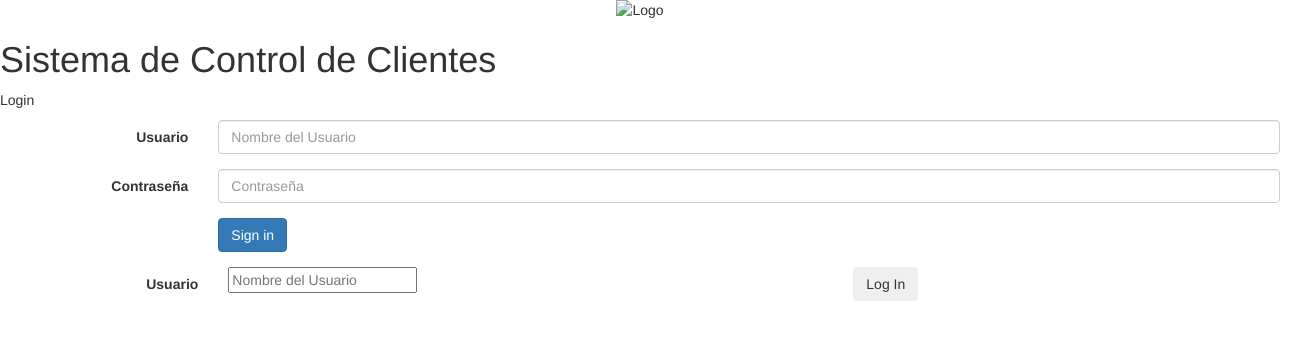
Repository: FavreEstrada/SCC
Page: index.html
The author's editor kept a record of every edit. The page is drawn from the files as they stood at one moment, then again after the next edit.
The browser window is 1280 px wide. The page is 1295 px wide, so the pictures cover 1295 px, including what lies to the right of the window. The pictures show the whole page.

Above is the page before.

### index.html
<html>

<head>
    <meta http-equiv="Content-Type" content="text/html; charset=UTF-8">
    <meta name="viewport" content="width=device-width, initial-scale=1.0">
    <title>Sistema de Control de Clientes</title>
    <script type="text/javascript" src="libs/jquery.js" charset="utf-8"></script>
    <script type="text/javascript" src="libs/canJs.js" charset="utf-8"></script>
    <script type="text/javascript" src="libs/bootstrap.js" charset="utf-8"></script>
    <link rel="stylesheet" type="text/css" href="libs/bootstrap.css">
    <!--<link rel="stylesheet" type="text/css" href="views/css/scc.css">-->
</head>

<body>
    <div class="main-content">
        <div align="center">
            <img class="company-logo" src="Logo.jsp" alt="Logo" />
            <p id="Eslogan"></p>
        </div>

        <h1 id="Titulo" class="title">Sistema de Control de Clientes</h1>
        <div class='row-fluid'>
            <div class="span12">
                <div id="contenedor" class="login-form-container">
                    <p id="Login">Login</p>

                    <form class="form-horizontal">
                        <div class="form-group">
                            <label for="inputEmail3" class="col-sm-2 control-label">Usuario</label>
                            <div class="col-sm-10">
                                <span class="add-on"><i class="icon-user"></i></span>
                                <input type="email" class="form-control text-input input-medium user-input" id="user_input" placeholder="Nombre del Usuario">
                            </div>
                        </div>
                        <div class="form-group">
                            <label for="Contraseñas" class="col-sm-2 control-label">Contraseña</label>
                            <div class="col-sm-10">
                                <span class="add-on"><i class="icon-lock"></i></span>
                                <input type="password" class="form-control user-password text-input input-medium" id="pass_input" placeholder="Contraseña">
                            </div>
                        </div>
                        <div class="form-group">
                            <div class="col-sm-offset-2 col-sm-10">
                                <button type="submit" class="btn btn-large btn-primary">Sign in</button>
                            </div>
                        </div>
                    </form>

                    <form name="forma" class="form-horizontal">
                        <label class="col-sm-2 control-label">Usuario</label>
                        <div class="col-sm-6">

                            <input class="" class="" type="text" name="usuario_id" placeholder="Nombre del Usuario " />
                        </div>
                        </div>
                        <button name="btn_login" class="btn ">Log In</button>
                    </form>
                </div>
            </div>
        </div>
    </div>
</body>

</html>

Loaded but not shown: libs/jquery.js (library); libs/canJs.js (library); libs/bootstrap.js (library); libs/bootstrap.css (library)

After the next edit:
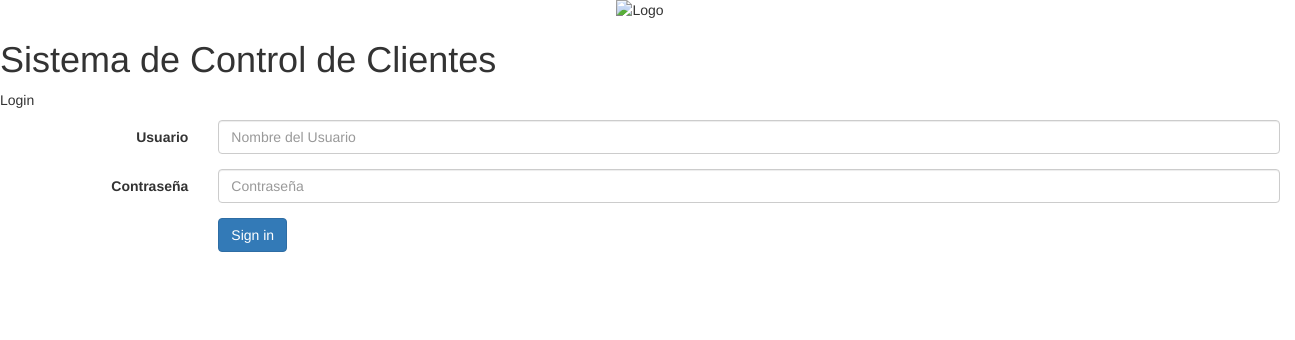
The edit:
--- a/index.html
+++ b/index.html
@@ -45,16 +45,6 @@
                             </div>
                         </div>
                     </form>
-
-                    <form name="forma" class="form-horizontal">
-                        <label class="col-sm-2 control-label">Usuario</label>
-                        <div class="col-sm-6">
-
-                            <input class="" class="" type="text" name="usuario_id" placeholder="Nombre del Usuario " />
-                        </div>
-                        </div>
-                        <button name="btn_login" class="btn ">Log In</button>
-                    </form>
                 </div>
             </div>
         </div>
